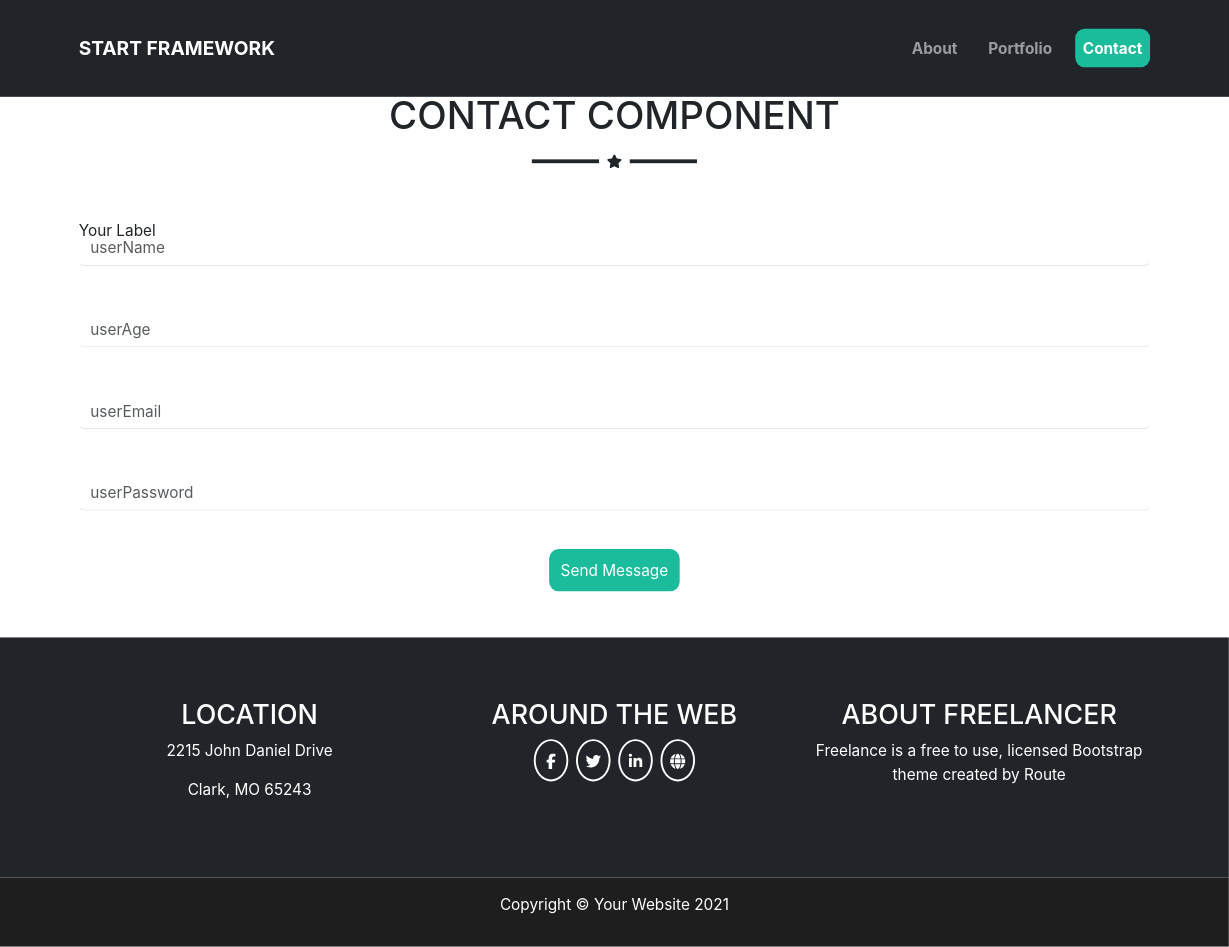
Repository: YomnaWegdan/startFramework
Page: /contact
These files come from the project's save history. The page is drawn as it stood at one moment and after the next save; the edit follows.
The browser window is 1280 px wide. The pictures show the whole page, at 96% of full size.
The project was rebuilt for these pictures with package versions that can differ from the ones it lists, and the page was loaded fresh each time. Also part of the build but not shown: src/Components/Home.jsx, src/Components/About.jsx, src/Components/Error.jsx, src/Components/Portfolio.jsx.

Above is the page before, as saved 2024-02-06 00:46:18.

After the next save:
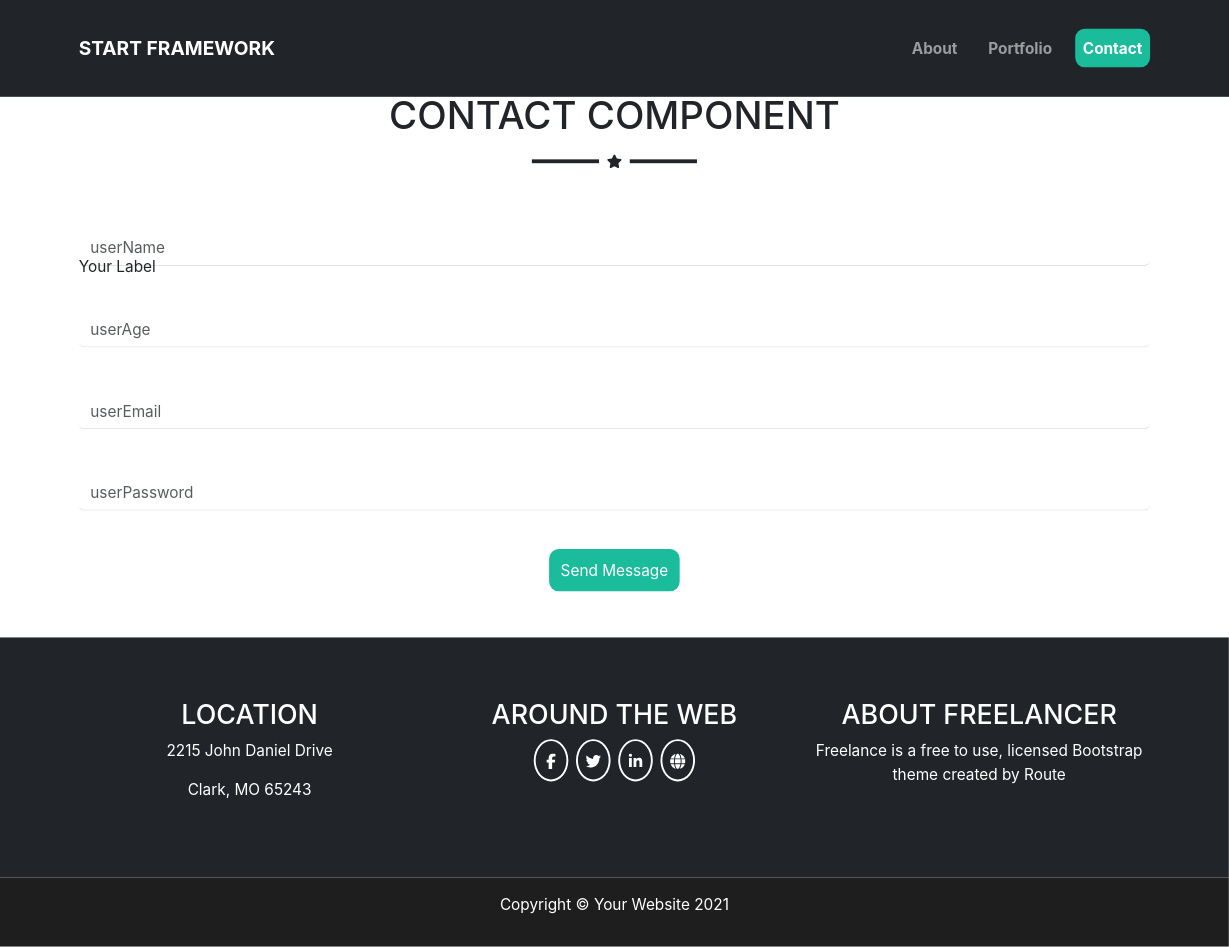
Saved 17 s later.
--- a/src/Components/Contact.jsx
+++ b/src/Components/Contact.jsx
@@ -31,7 +31,7 @@ export default function Contact() {
                   name="name"
                   onFocus={handleFocus}
                 />
-                <label className=" position-absolute start-0 top-0  translate-middle-y " htmlFor="yourInput">Your Label</label>
+                <label className=" position-absolute start-0  translate-middle-y " htmlFor="yourInput">Your Label</label>
                 </div>
 
 
